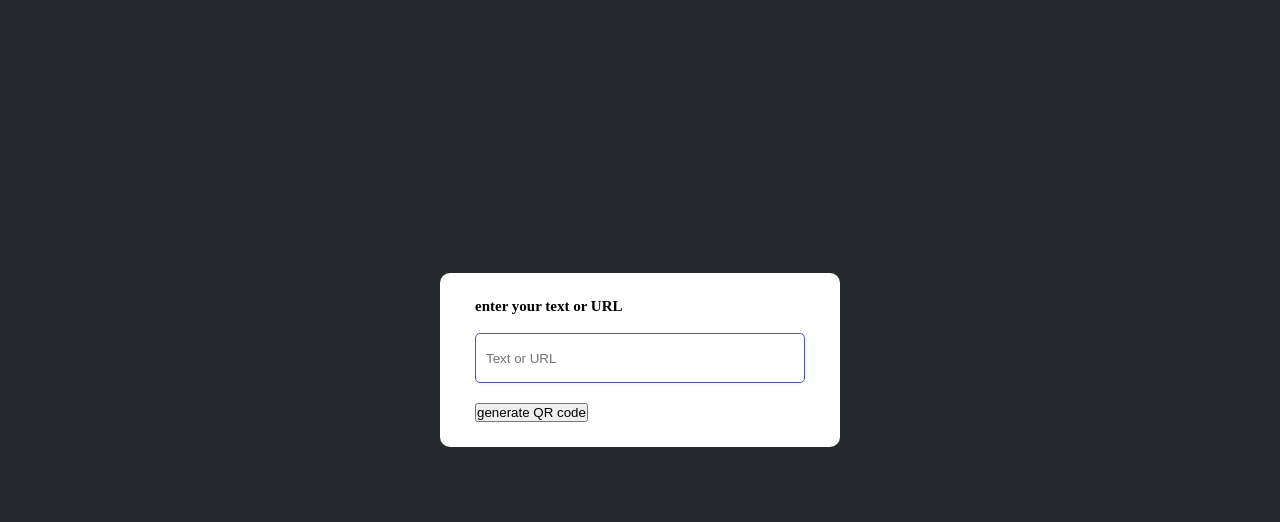
Repository: joeltorcato/QR.CODE
Page: index.html
The author's editor kept a copy of each file at every save. The page is drawn from the files as they stood at one save, then again after the next save.
The browser window is 1280 px wide. The pictures show the whole page.

Above is the page before, as saved 2024-01-01 09:32:38.

After the next save:
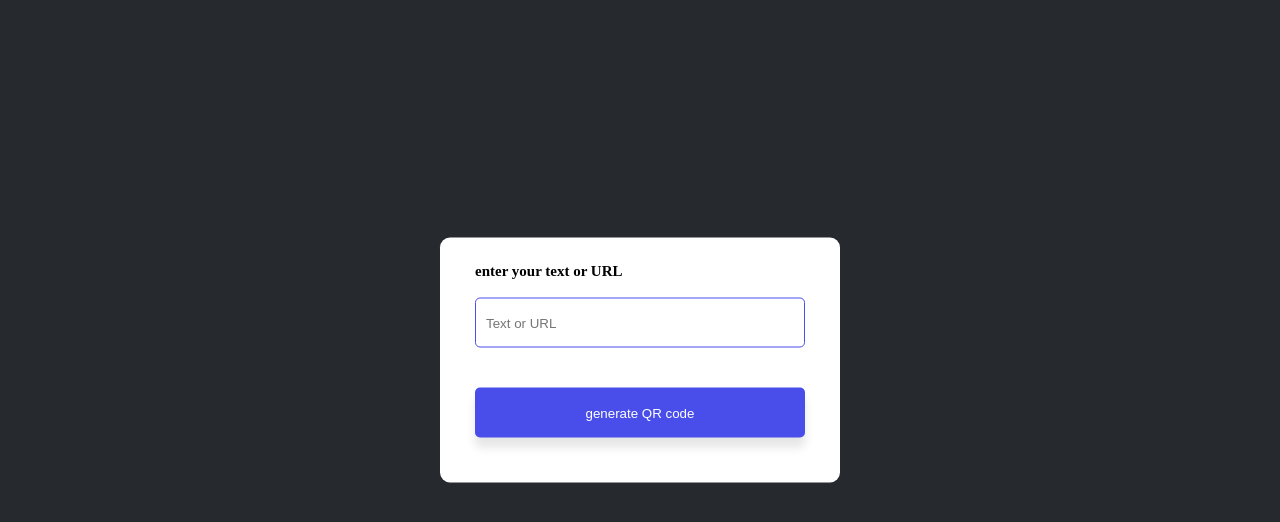
Saved 2 min 35 s later.
--- a/style.css
+++ b/style.css
@@ -37,3 +37,16 @@
     margin: 10px 0 20px;
     border-radius: 5px;
 }
+.container button{
+    width: 100%;
+    height: 50px;
+    background: #494eea;
+    color: #fff;
+    border: 0;
+    outline: 0;
+    border-radius: 5px;
+    box-shadow: 0 10px 10px rgba(0, 0, 0, 0.1);
+    cursor: pointer;
+    margin: 20px 0;
+    font-weight: 500;
+}
